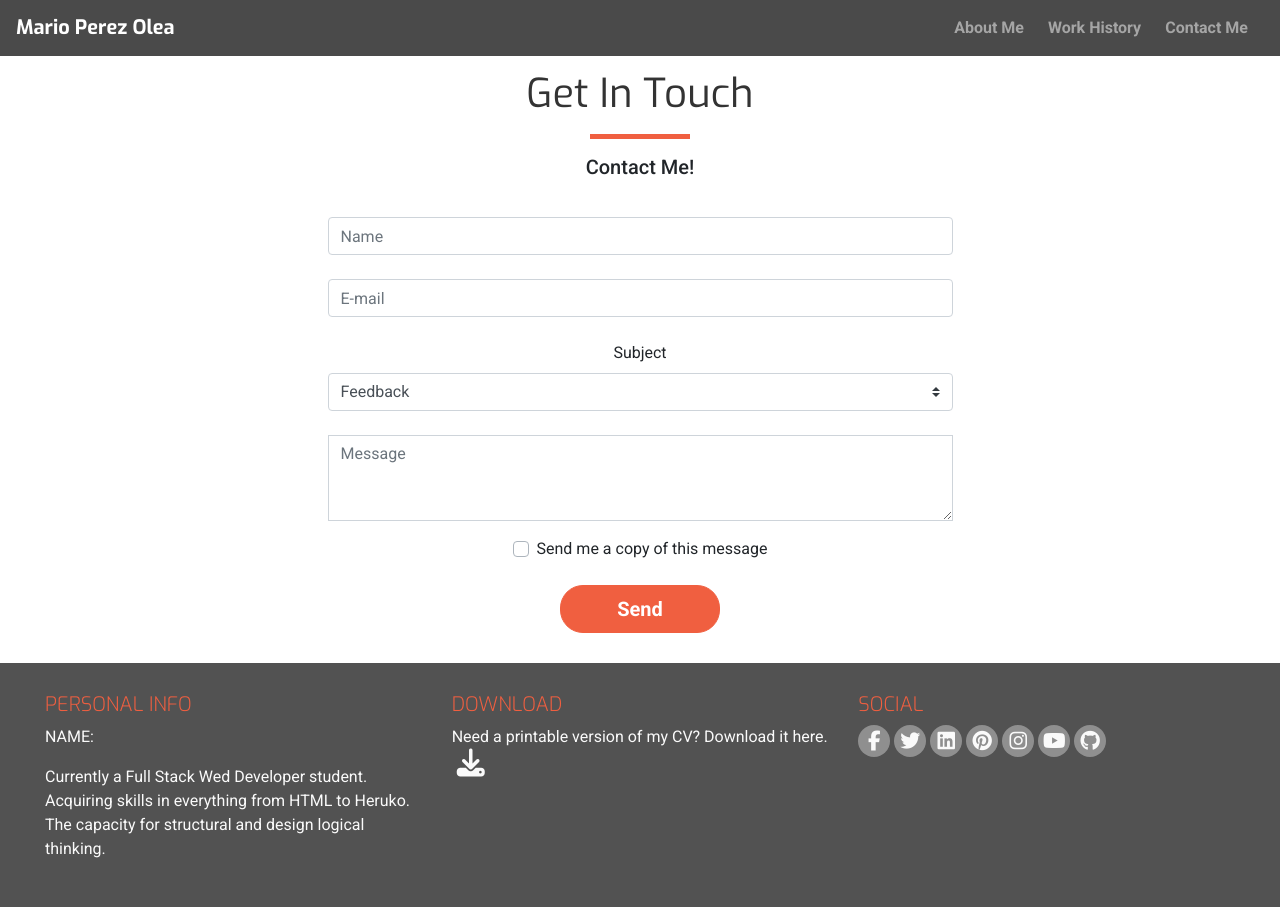
Repository: Supermario78/my-first-milestone-project
Page: contact.html
The author's editor kept a record of every edit. The page is drawn from the files as they stood at one moment, then again after the next edit.
The browser window is 1280 px wide. The pictures show the whole page.
Some web libraries are served in a nearby version.

Above is the page before.

After the next edit:
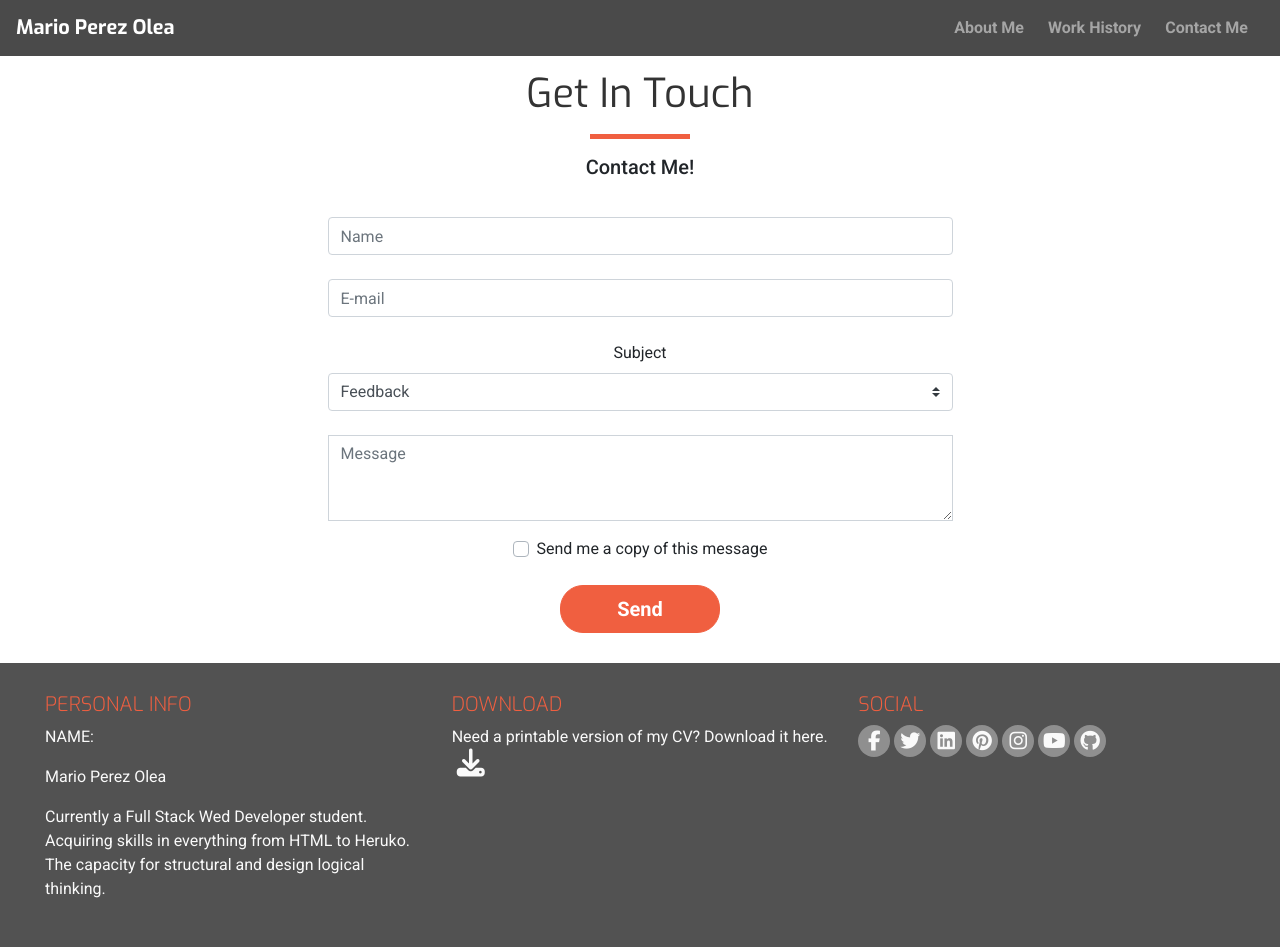
The edit:
--- a/contact.html
+++ b/contact.html
@@ -96,7 +96,7 @@
                     </div>
                     <div class="value">
                         <p>
-
+                           Mario Perez Olea
                         </p>
                     </div>
                 </div>
